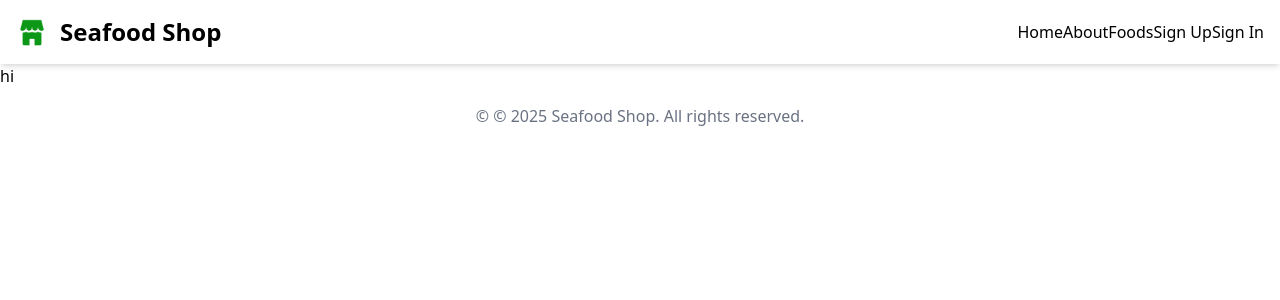
Repository: KongRucifer/SeaFood-Shop
Page: /
These files come from the project's save history. The page is drawn as it stood at one moment and after a run of saves; the edit follows.
The browser window is 1280 px wide. The pictures show the whole page.
The project was rebuilt for these pictures with package versions that can differ from the ones it lists, and the page was loaded fresh each time. The framework's server and built-in components were replaced by stand-ins that run in the browser. Also part of the build but not shown: next.config.ts.

Above is the page before, as saved 2025-06-24 21:00:49.

### src/app/layout.tsx
import type { Metadata } from "next";
import { Geist, Geist_Mono } from "next/font/google";
import "./globals.css";
import Navbar from "@/components/Navbar";
import Footer from "@/components/Footer";
 const geistSans = Geist({
  variable: "--font-geist-sans",
  subsets: ["latin"],
});

const geistMono = Geist_Mono({
  variable: "--font-geist-mono",
  subsets: ["latin"],
});

export const metadata: Metadata = {
  title: "ຮ້ານຂາຍອາຫານທະເລ - ໜ້າທຳອິດ | Seafood Shop",
  description:
    "ຮ້ານຂາຍອາຫານທະເລອອນໄລ ໜ້າທຳອິດ ລວມອາຫານທະເລຫຼາກຫຼາຍ ເຊັ່ນ ປາ, ປູ, ກຸ້ງ ແລະ ອາຫານທະເລອື່ນໆ ສາມາດສັ່ງເຊົ້າ ແລະ ສັ່ງເຂົ້າໃນເວັບໄຊ ສາມາດເຮັດ ການໂອນເງິນ",
  keywords:
    "ອາຫານທະເລ ອອນໄລ, ຮ້ານຂາຍອາຫານທະເລ, ສັ່ງອາຫານທະເລ, ອາຫານທະເລສົ່ງໄວ",
  authors: [{ name: "kong mong thao" }],
  publisher: "Super Shop SeaFood",
  robots: {
    index: true,
    follow: true,
  },
  openGraph: {
    title: "ຮ້ານຂາຍອາຫານທະເລ - ໜ້າທຳອິດ | Seafood Shop",
    description:
      "ສັ່ງຊື້ອາຫານທະເລ ລາຄາຖືກ ສົ່ງໄວ ທັນໃຈ ມີບໍລິການໂອນເງີນ ປາຍທາງ",
    url: "http://localhost:3000/images/fish.jpeg",
    siteName: "Seafood Shop",
    locale: "th_TH",
    type: "website",
    images: [
      {
        url: "http://localhost:3000/images/myshopSeafood.jpeg",
        width: 1200,
        height: 630,
        alt: "Food Shop Image",
      },
    ],
  },
  twitter: {
    card: "summary_large_image",
    title: "ຮ້ານຂາຍອາຫານທະເລ - ໜ້າທຳອິດ | Seafood Shop",
    description:
      "ສັ່ງຊື້ອາຫານທະເລ ລາຄາຖືກ ສົ່ງໄວ ທັນໃຈ ມີບໍລິການໂອນເງີນ ປາຍທາງ",
    images: ["http://localhost:3000/images/seafood2.jpeg"],
  },
  alternates: {
    canonical: "https://yourdomain.com/",
  },
  // viewport: 'width=device-width, initial-scale=1',
}
export const viewport = {
  width: 'device-width',
  initialScale: 1,
};
export default function RootLayout({
  children,
}: Readonly<{
  children: React.ReactNode;
}>) {
  return (
    <html lang="en">
      <body
        className={`${geistSans.variable} ${geistMono.variable} antialiased`}
      >
        <Navbar />

        {children}

        <Footer />
      </body>
    </html>
  );
}

### src/app/page.tsx
// ✅ app/page.tsx
import React from 'react'
// import Home from './views/Home'

export default async function FoodPage() {

  return (
    <div>
       {/* <Home/> */}
       hi
    </div>
  )
}
// export default async function Home() {
//   const res = await fetch('https://jsonplaceholder.typicode.com/posts?_limit=5')
//   const posts = await res.json()

//   return (
//     <div>
//       <h1>Posts</h1>
//       <ul>
//         {posts.map((post: any) => (
//           <li key={post.id}>{post.title}</li>
//         ))}
//       </ul>
//     </div>
//   )
// }

### src/app/globals.css
 @import "tailwindcss";
/*
:root {
  --background: #ffffff;
  --foreground: #171717;
}

@theme inline {
  --color-background: var(--background);
  --color-foreground: var(--foreground);
  --font-sans: var(--font-geist-sans);
  --font-mono: var(--font-geist-mono);
}

@media (prefers-color-scheme: dark) {
  :root {
    --background: #0a0a0a;
    --foreground: #ededed;
  }
}

body {
  background: var(--background);
  color: var(--foreground);
  font-family: Arial, Helvetica, sans-serif;
} */

### src/components/Navbar.tsx
import Link from "next/link";
export default function Navbar() {
  return (
    <nav className="bg-white border-gray-200 dark:bg-gray-900 shadow-md">
      <div className="max-w-screen-xl flex flex-wrap items-center justify-between mx-auto p-4">
        <a href="/" className="flex items-center">
          <img
            src="images/lets-icons_shop.png"
            className="h-8 mr-3"
            alt="Seafood Shop Logo"
          />
          <span className="self-center text-2xl font-semibold whitespace-nowrap dark:text-white">
            Seafood Shop
          </span>
        </a>
        <div className="flex md:order-2">
            <Link href="/">Home</Link>
            <Link href="/">About</Link>
            <Link href="/">Foods</Link>
            <Link href="/"><button className="btn btn-outline">Sign Up</button></Link>
            <Link href="/"><button className="btn btn-outline">Sign In</button></Link>
        </div>
      </div>
    </nav>
  );
}

### src/components/Footer.tsx
export default function Footer() {
  return (
    <footer className="bg-white dark:bg-gray-900">
      <div className="max-w-screen-xl mx-auto p-4">
        <div className="text-center text-gray-500 dark:text-gray-400">
          © © {new Date().getFullYear()} Seafood Shop. All rights reserved.
        </div>
      </div>
    </footer>
  ); }

After the next 3 saves:
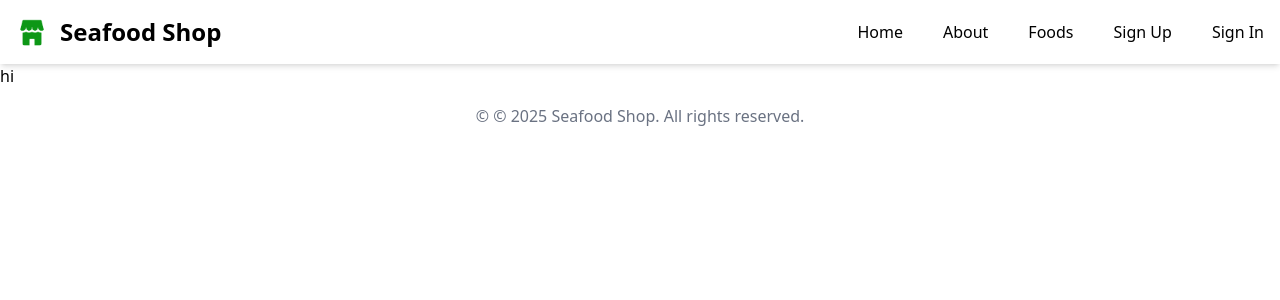
The 3 saves are shown as one change because they came seconds apart.
The last was saved 16 s later.
--- a/src/components/Navbar.tsx
+++ b/src/components/Navbar.tsx
@@ -13,7 +13,7 @@ export default function Navbar() {
             Seafood Shop
           </span>
         </a>
-        <div className="flex md:order-2">
+        <div className="flex md:order-2 gap-10">
             <Link href="/">Home</Link>
             <Link href="/">About</Link>
             <Link href="/">Foods</Link>
